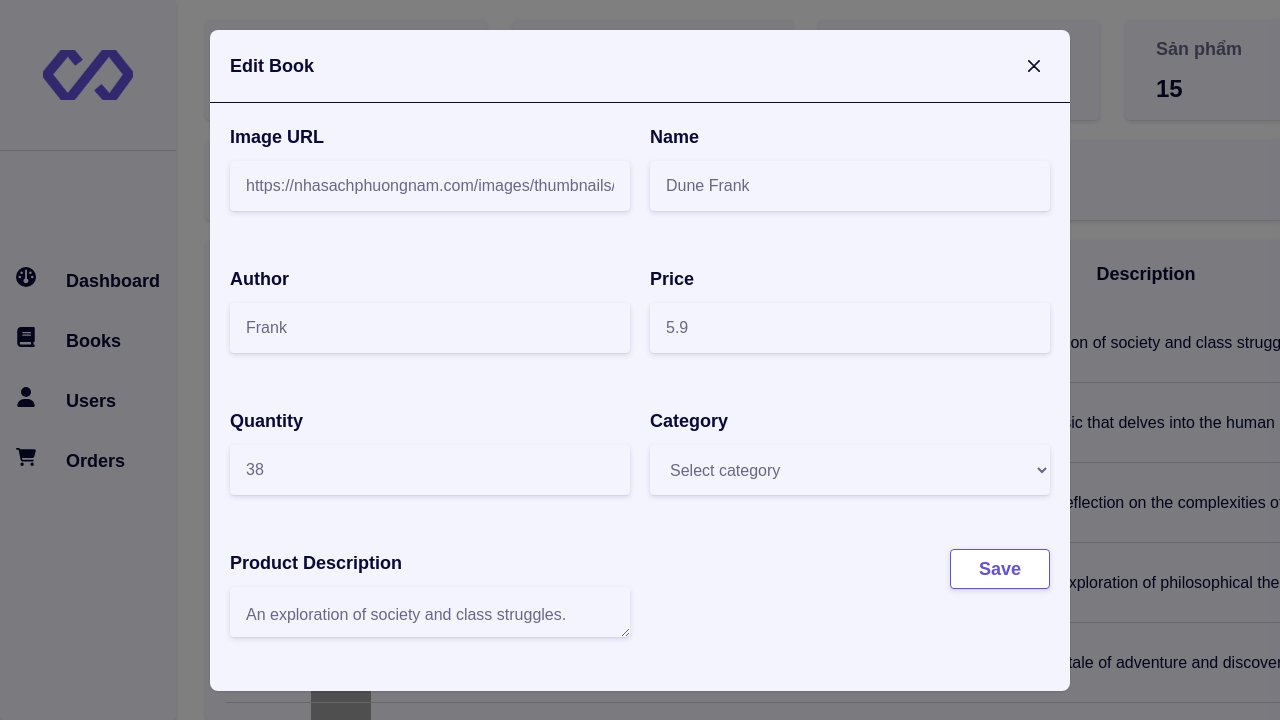
Repository: kauittt/BookStore_FE
Page: / (app in book-store/), after clicking the first element matching `svg.fa-pen`
These files come from the project's save history. The page is drawn as it stood at one moment and after the next save; the edit follows.
The browser window is 1280 px wide. The pictures show the whole page.
Pictures or frames that could not be fetched are drawn as grey boxes. An inner scrolling area shows only its first screen. The project was rebuilt for these pictures with package versions that can differ from the ones it lists, and the page was loaded fresh each time. Also part of the build but not shown: book-store/vite.config.js, book-store/src/components/login-signup/Login.jsx, book-store/src/components/book/BookItem.jsx, book-store/src/components/book/BookList.jsx, book-store/src/components/elements/BackNavigation.jsx, book-store/src/components/book/BookDetail.jsx, book-store/src/components/cart/QuantitySelector.jsx, book-store/src/components/cart/CartItem.jsx and 3 more.

Above is the page before, as saved 2024-07-20 13:45:11.

After the next save:
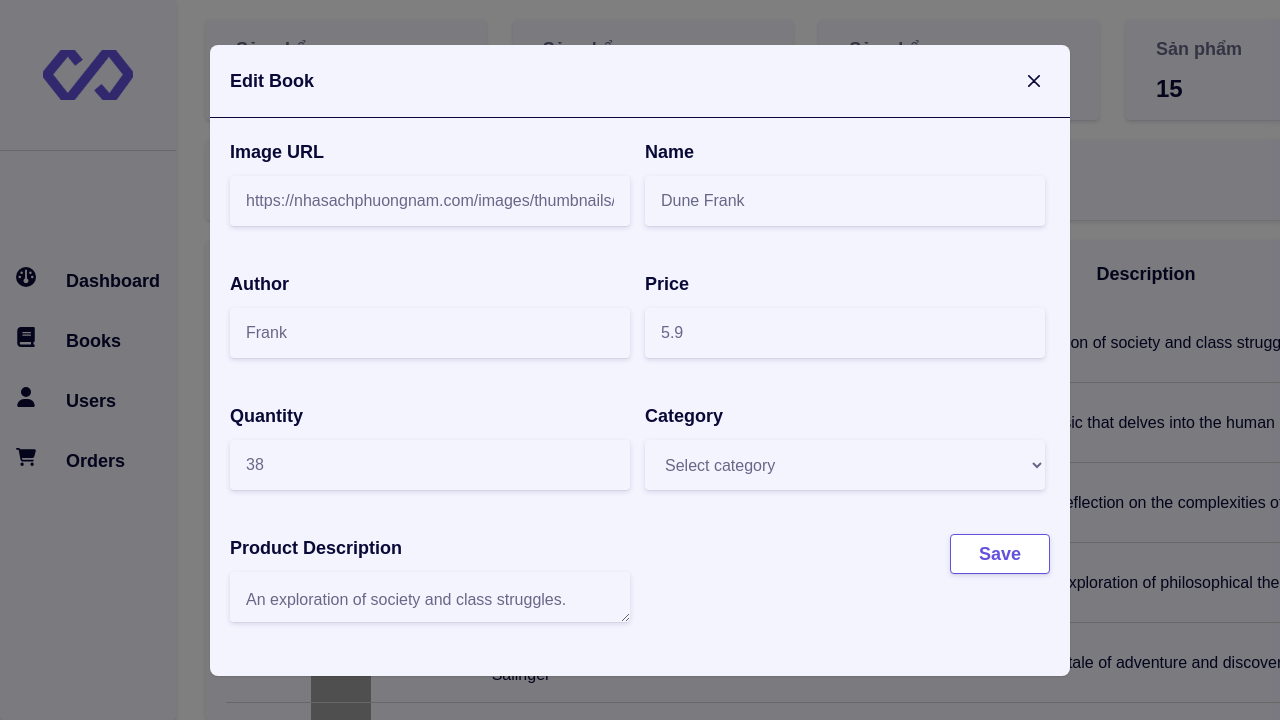
Saved 52 s later.
--- a/book-store/src/components/elements/Modal.jsx
+++ b/book-store/src/components/elements/Modal.jsx
@@ -66,7 +66,7 @@ const Modal = ({ onClose, data, onSave }) => {
                         }}
                     >
                         {({ isSubmitting }) => (
-                            <Form className="p-4 md:p-5 grid grid-cols-2 gap-[20px]">
+                            <Form className="p-4 md:p-5 grid grid-cols-2 gap-[10px]">
                                 <FormInput
                                     label="Image URL"
                                     id="image"
